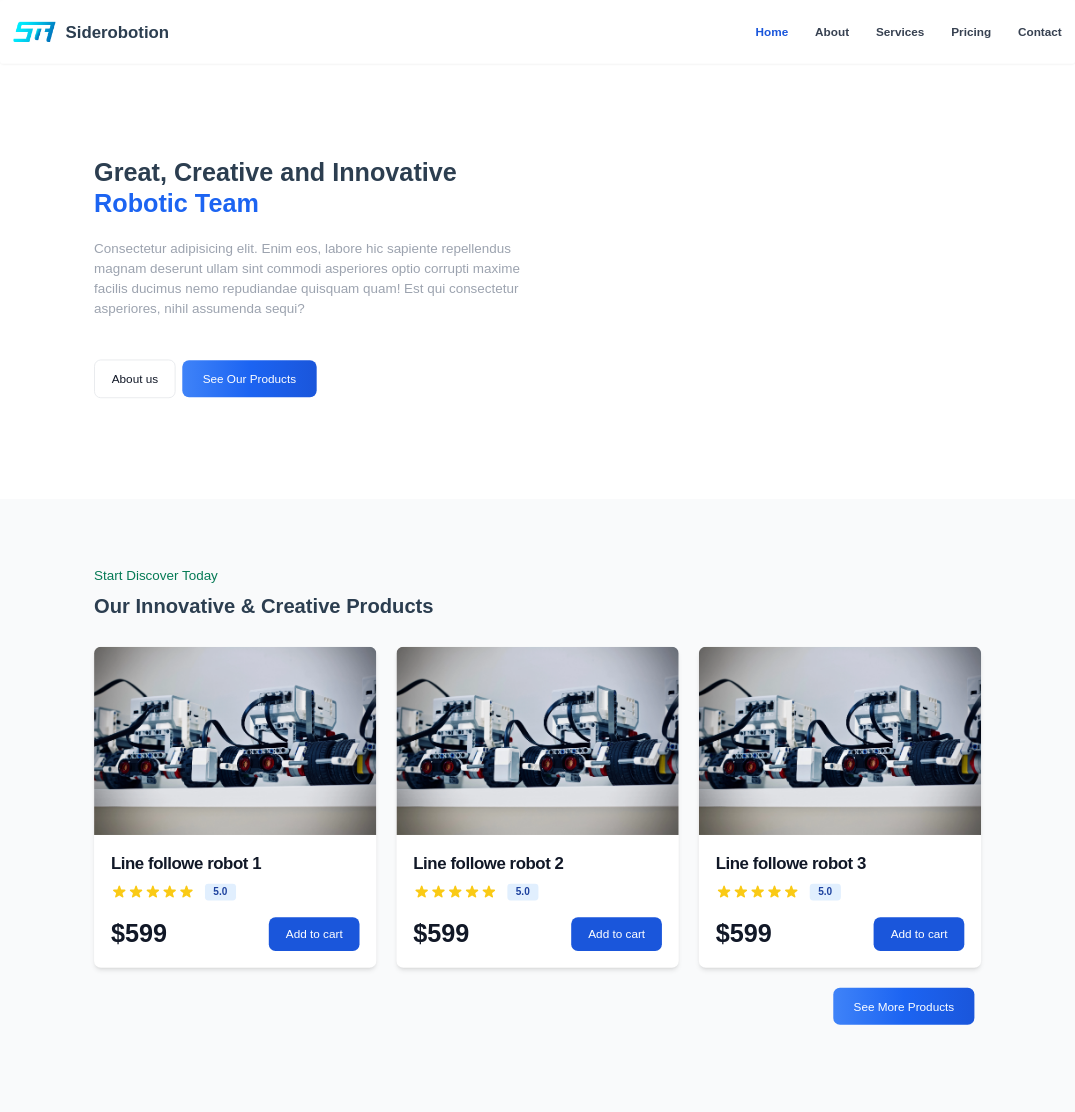
Repository: khulqu15/siderobotion
Page: /
The author's editor kept a copy of each file at every save. The page is drawn from the files as they stood at one save, then again after the next save.
The browser window is 1280 px wide. The pictures show the whole page, at 84% of full size.
The project was rebuilt for these pictures with package versions that can differ from the ones it lists, and the page was loaded fresh each time. Also part of the build but not shown: vue.config.js.

Above is the page before, as saved 2022-06-12 02:45:59.

After the next save:
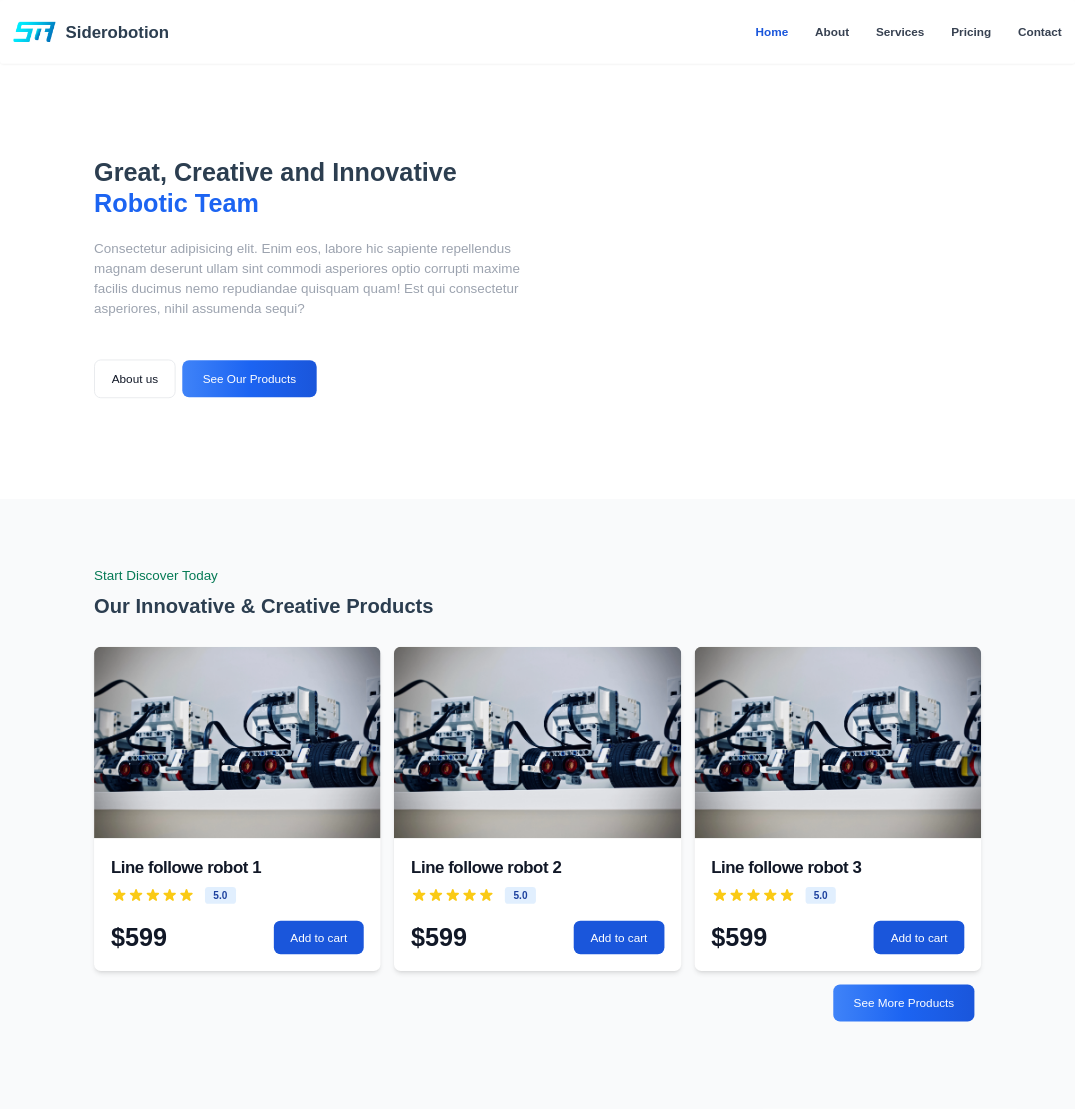
Saved 19 s later.
--- a/src/views/HomeView.vue
+++ b/src/views/HomeView.vue
@@ -15,7 +15,7 @@
         <p class="mb-2 text-green-600">Start Discover Today</p>
         <h1 class="text-2xl mb-4 font-semibold">Our Innovative & Creative Products</h1>
       </div>
-      <div class="py-4 text-start grid grid-cols-1 lg:grid-cols-3 gap-6">
+      <div class="py-4 text-start grid grid-cols-1 lg:grid-cols-3 gap-4">
         <div v-for="(item, index) in 3" :key="index" class="col-span-1">
           <div class="w-full bg-white rounded-lg shadow-md dark:bg-gray-800 dark:border-gray-700">
             <a href="#">
